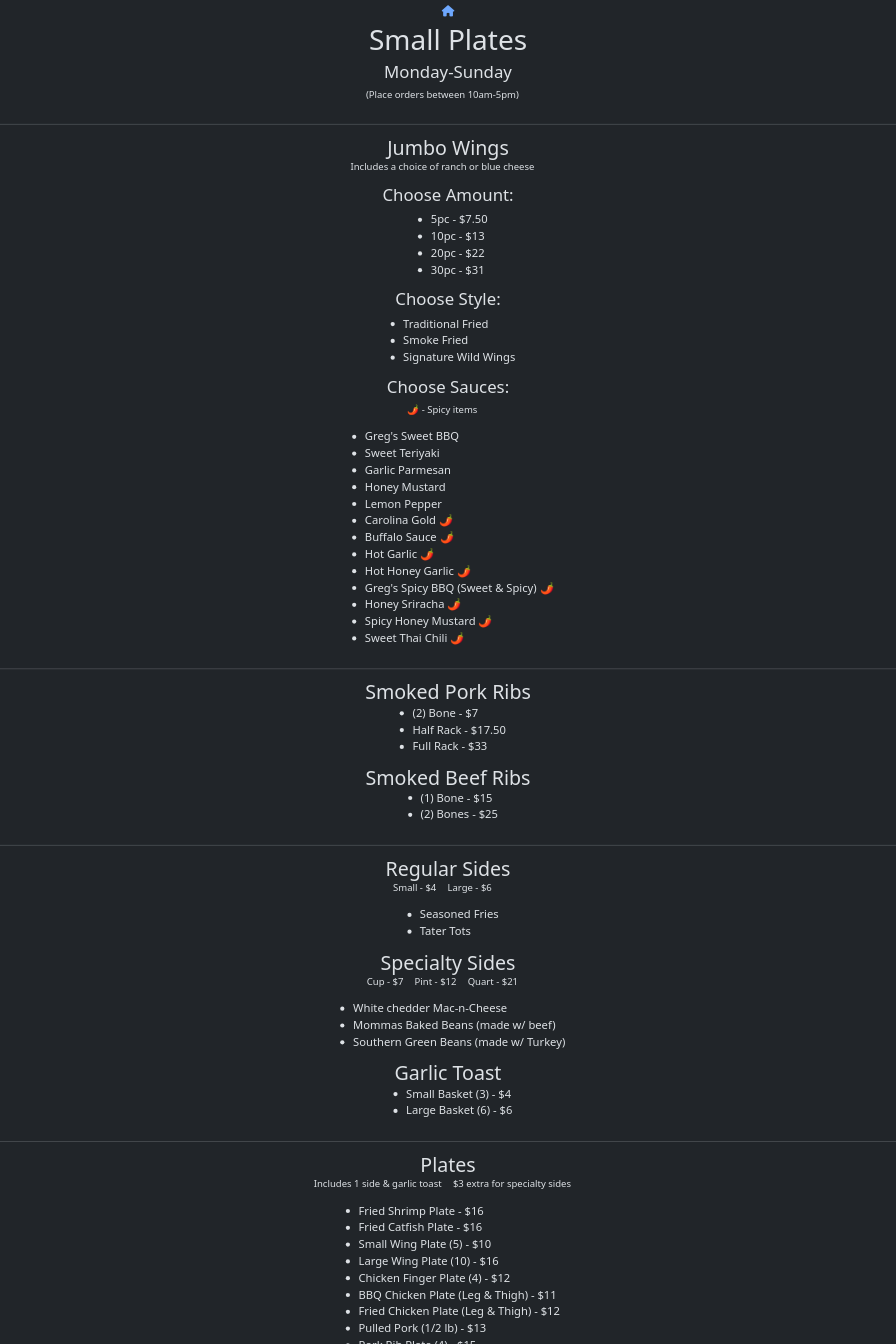
Repository: dukedward/smokehousemenu
Page: plates/index.html
An editor plug-in stored every save of this project. The page is shown before and after the next save, followed by the edit.
The browser window is 1280 px wide. The pictures show the part of the page from y = 0 to 1920 px (the page is 2596 px tall), at 70% of full size.
Some web libraries are served in a nearby version.

Above is the page before, as saved 2023-03-06 11:50:43.

After the next save:
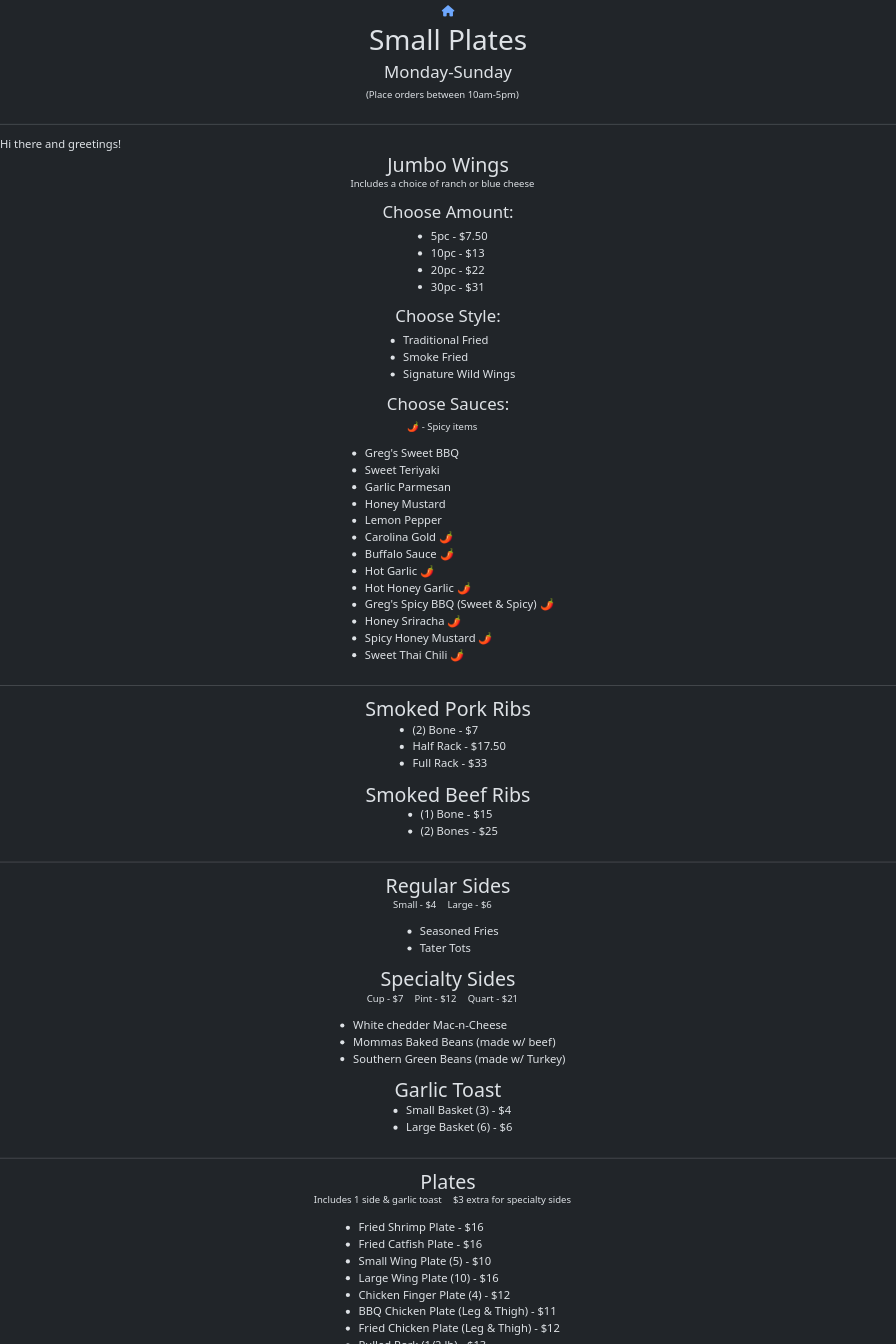
Saved 75 s later.
--- a/script.js
+++ b/script.js
@@ -53,6 +53,6 @@ function addElement() {
   newDiv.appendChild(newContent);
 
   // add the newly created element and its content into the DOM
-  const currentDiv = document.getElementById("sections");
+  const currentDiv = document.querySelector(".sections");
   document.body.insertBefore(newDiv, currentDiv);
 }
